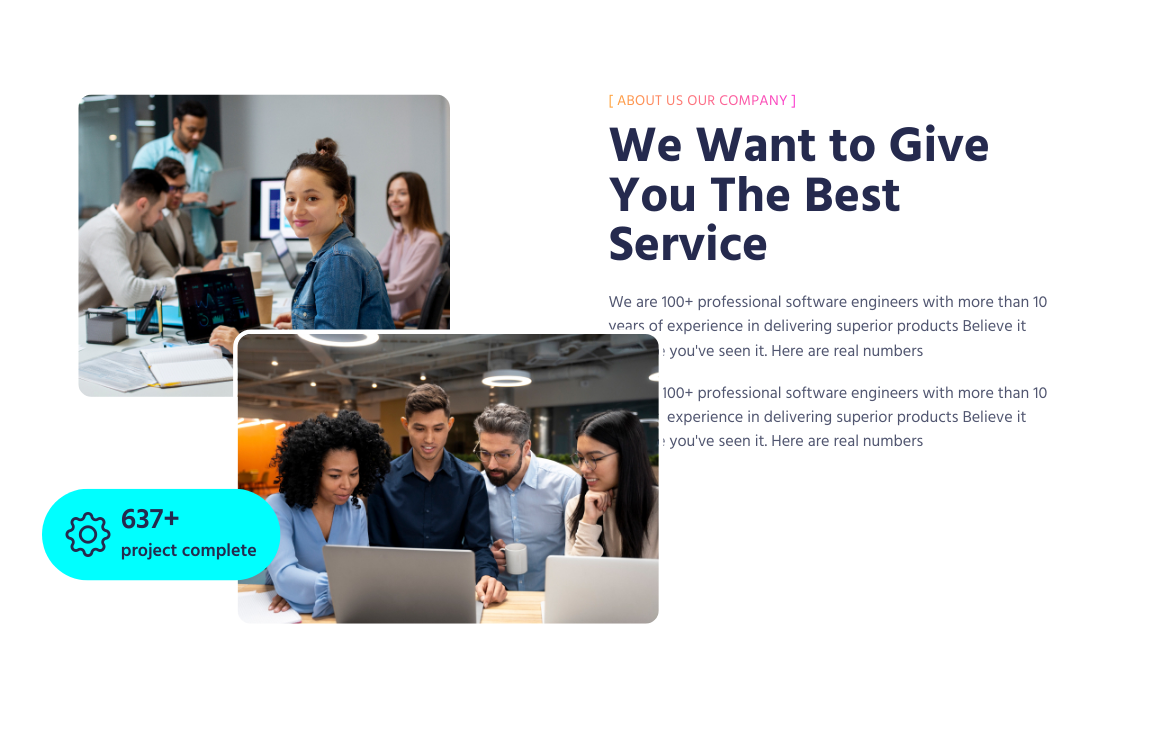
Repository: tagnam/mirehel2.0
Page: about.html
The author's editor kept a copy of each file at every save. The page is drawn from the files as they stood at one save, then again after the next save.
The browser window is 1280 px wide. The pictures show the whole page, at 90% of full size.

Above is the page before, as saved 2025-02-03 12:26:17.

### about.html
<!DOCTYPE html>
<html lang="en">
<head>
    <meta charset="UTF-8">
    <meta name="viewport" content="width=device-width, initial-scale=1.0">
    <title>about</title>
    <link href="https://cdn.jsdelivr.net/npm/bootstrap@5.0.2/dist/css/bootstrap.min.css" rel="stylesheet" integrity="sha384-EVSTQN3/azprG1Anm3QDgpJLIm9Nao0Yz1ztcQTwFspd3yD65VohhpuuCOmLASjC" crossorigin="anonymous">
    <link rel="stylesheet" href="style/css/animation.css">
    <link rel="stylesheet" href="style/css/style.css">
    <link rel="stylesheet" href="style/css/animation.css">
</head>
<body>
<!--======================================== about section ==================================== -->


<section>
    <div class="container">
        <div class="row">
            <div class="col-lg-6">
                <div class="about-left">
                    <figure class="about-img-container">
                        <img class="about-img-001 A-image01" src="images/about-img-1.jpg" alt="">
                        <img class="about-img-001 A-image02" src="images/about-img-2.jpg" alt="">
                    </figure>
                    <div class="project-counter">
                        <div class="project-icon">
                            <i class="bi bi-gear"></i>
                        </div>
                        <div class="project-number">
                            <h2>637+</h2>
                            <p> project complete </p>
                        </div>

                    </div>

                </div>
            </div>
            <div class="col-lg-6">
                <div class="container-fluid " style="margin-bottom: 20px;">


                            <h3 class="sub-heading">[ about us our company ]</h3>
                            <h1 class="title">We Want to Give You  The Best Service</h1>


                            <div class="about-text">
                                <p>We are 100+ professional software engineers with more than 10 years of experience in delivering superior products Believe it because you've seen it. Here are real numbers</p>
                                <p>We are 100+ professional software engineers with more than 10 years of experience in delivering superior products Believe it because you've seen it. Here are real numbers</p>


                        </div>
                    </div>
                </div>

            </div>
        </div>
    </div>
</section>

<!--======================================== end about section ==================================== -->












    <script src="https://cdn.jsdelivr.net/npm/bootstrap@5.0.2/dist/js/bootstrap.bundle.min.js" integrity="sha384-MrcW6ZMFYlzcLA8Nl+NtUVF0sA7MsXsP1UyJoMp4YLEuNSfAP+JcXn/tWtIaxVXM" crossorigin="anonymous"></script>
    <script src="https://cdn.jsdelivr.net/npm/@popperjs/core@2.9.2/dist/umd/popper.min.js" integrity="sha384-IQsoLXl5PILFhosVNubq5LC7Qb9DXgDA9i+tQ8Zj3iwWAwPtgFTxbJ8NT4GN1R8p" crossorigin="anonymous"></script>
    <script src="https://cdn.jsdelivr.net/npm/bootstrap@5.0.2/dist/js/bootstrap.min.js" integrity="sha384-cVKIPhGWiC2Al4u+LWgxfKTRIcfu0JTxR+EQDz/bgldoEyl4H0zUF0QKbrJ0EcQF" crossorigin="anonymous"></script>
</body>
</html>

### style/css/animation.css

@keyframes boxmove{
    50% {
        transform: translateX(-20%);
    }
}

### style/css/style.css

@import url('https://fonts.googleapis.com/css2?family=Hind:wght@300;400;500;600;700&family=Inter:ital,opsz,wght@0,14..32,100..900;1,14..32,100..900&family=Open+Sans:ital,wght@0,300..800;1,300..800&family=Oswald:wght@200..700&family=Poppins:ital,wght@0,100;0,200;0,300;0,400;0,500;0,600;0,700;0,800;0,900;1,100;1,200;1,300;1,400;1,500;1,600;1,700;1,800;1,900&family=Raleway:ital,wght@0,100..900;1,100..900&family=Roboto:ital,wght@0,100;0,300;0,400;0,500;0,700;0,900;1,100;1,300;1,400;1,500;1,700;1,900&family=Urbanist:ital,wght@0,100..900;1,100..900&display=swap');
@import url("https://cdn.jsdelivr.net/npm/bootstrap-icons@1.11.3/font/bootstrap-icons.min.css");
*{
    margin: 0;
    padding: 0;
    box-sizing: border-box;
}

:root{
    --primary-color: #252A4E;
    --secondary-color: #a249ed;

}

body{
    font-family: "Hind", serif;

    color:#252A4E;
}

section{
    padding: 100px 0;
}

.row-container{
    margin-top: 50px;
}
.banner-section{
    background-image: url(/images/banner-bg.webp);
    background-size: cover;
    background-position: center;
    /* background-attachment: fixed; */
    /* height: 100vh; */
    position: relative;
    margin: 15px;
    padding: 8px;
}
.section-btn{
    height: 100%;
    display: flex
;
    justify-content: flex-end;
    align-items: flex-end;
}

.title{
    font-size: 55px;
    font-weight: 800;
    line-height: 1;
}

.banner-img{
    position: relative;
    bottom: -89px;
}
.banner-content{
    margin-top: 100px;
    padding-right: 100px;
}

.banner-title{
    font-size: 70px;
    font-weight: 800;
    line-height: 1;
}

.banner-text{
    font-size: 20px;
    font-weight: 400;
    line-height: 1.5;
    margin-top: 20px;
    color:#515670;
}

.banner-title span{
    color: var(--secondary-color);
}
.sub-heading{
    position: relative;
    display: inline-block;
    font-size: 16px;
    letter-spacing: 0.32px;
    line-height: 26px;
    font-weight: 400;
    font-family: var(--galada);
    text-transform: uppercase;
    background: linear-gradient(90deg, #FFA835 -3.85%, #FA3DCC 97.3%, #FA3AD0 100%);
    background-clip: text;
    -webkit-background-clip: text;
    -webkit-text-fill-color: transparent;

    margin-bottom: 12px;
}




.banner-icon{
    width: 100%;
    background: linear-gradient(90deg, #9255CE -2.17%, #BE60FF 100%);
    box-shadow: 0px 0px 20px 0px rgba(0, 0, 0, 0.08);
    border-radius: 30px 45px 30px 30px;
    position: relative;
    padding: 20px;
    top: 28px;
    right: -13px;
}

.banner-icon h2{
    font-size: 45px;
    font-weight: 800;
    /* line-height: 1.5; */
    color: #fff;
    /* margin-bottom: 20px; */
    text-align: start;
    margin: unset;
    line-height: 38px;
    padding: 10px;
}

.banner-icon h4{
    font-size: 27px;
    font-weight: 600;
    line-height: 1.5;
    color: #fff;
    /* margin-top: 20px; */
    text-align: start;
    text-transform: uppercase;
}


.marquee-content{
    background: linear-gradient(90deg, #70DBFF 0%, #DD98FF 100%);
    border-radius: 0 0 35px 30px;
    overflow: hidden;
    padding: 23px 45px;
    width: 100%;
    position: absolute;
    left: 9px;
    bottom: -12px;
    display: flex;
    justify-content: space-between;
    align-items: center;
}


/* <!--===================================== about section end ========================================--> */
.about-right-container{
    padding-left: 50px;
}
.about-text p{
    font-size: 18px;
    line-height: 1.5;
    color: #515670;
    margin-top: 20px;
}

.about-img{
    position: relative;
    transform: translate(30px, 30px);
    width: 100%;
}

.about-figure{
    position: relative;
  background-color: aqua;
  padding: 20px;
}


.about-list{

    list-style: none;
    padding: unset;
}

.about-list li{
    display: flex;
    align-items: center;
    margin-bottom: 20px;
    justify-content: space-between;
}

.about-icon{

    display: flex;
    justify-content: center;
    align-items: center;
    background-color:var(--secondary-color);
    width: 78px;
    height: 84px;
    background: linear-gradient(90deg, #5A1CCB -2.17%, #815EDC 100%);
    border-radius: 50px 6px 6px 6px;
}

.about-icon .bi{
    font-size: 45px;
    color: #fff;
    display: flex;
    justify-content: center;
    align-items: center;
}


.about-list-title{
    font-size: 27px;
    line-height: 1.16;
    margin-bottom: 4px;
    font-weight: 600;
}

.about-list-text p{
    font-size: 16px;
    line-height: 1.5;
    color: #515670;
    margin: unset;
}
/* <!--===================================== about section end ========================================--> */




/* <!--===================================== service section start ========================================--> */

.service-index {
    width: 100%;
    display: flex;
    justify-content: center;
    align-items: center;
}

.service-index h2{
    position: relative;
    display: inline-block;

    letter-spacing: 0.32px;
margin: unset;
    font-weight: 600;
    font-family: var(--galada);
    text-transform: uppercase;
    background: linear-gradient(90deg, #FFA835 -3.85%, #FA3DCC 97.3%, #FA3AD0 100%);
    background-clip: text;
    -webkit-background-clip: text;
    -webkit-text-fill-color: transparent;

}

.service-title h3{
    font-size: 40px;
    font-weight: 800;
    line-height: 1;
    color: #252A4E;
    margin-bottom: 20px;
}

.service-row{
    border-bottom: 2px solid red;
    margin-bottom: 30px;
}

.service-icon{
    display: flex;
    justify-content: center;
}

.service-icon .bi{
    font-size: 45px;
    color:red;
    display: flex;
    justify-content: center;
    align-items: center;
}
/* <!--===================================== service section end ========================================--> */




/* <!--===================================== project section start========================================--> */




/* <!--===================================== project section start========================================--> */





/* <!--===================================== testimonial section start========================================--> */


.testimonial-card{
    background: linear-gradient(90deg, #70DBFF 0%, #DD98FF 100%);
    padding: 0px 20px;
    border-radius: 20px;
}


.testimonial-img{
    height: 58px;
    width: 58px;
    background: red;
    border-radius: 64%;
    border: 2px solid;
}

.testimonial-top{
    padding-bottom: 20px;
    border-bottom: 1px solid #fff;

}


.testimonial-bottom h2{
    font-size: 65px;
    font-weight: 600;
    line-height: 1.5;
    color: #fff;
    margin-top: 20px;
    text-align: start;
    text-transform: uppercase;
}

.testimonial-bottom p{
    font-size: 20px;
    line-height: 1.5;
    color: #fff;
    margin: unset;
}

  .testimonial .testimonial-content {
    margin: 10px 10px 0;
    /* background: #efefef; */
    padding: 0px 60px;
    position: relative;
    border: none;
    border-radius: 8px;
    font-style: italic;
    font-size: 25px;
    border: 2px solid;
    border-radius: 20px;
  }

  .testimonial .testimonial-content:before,
  .testimonial .testimonial-content:after {
    content: "\201C";
    position: absolute;
    font-size: 80px;
    line-height: 1;
    color: #757f9a;
    font-style: normal;
  }

  .testimonial .testimonial-content:before {
    top: 0;
    left: 10px;
  }

  .testimonial .testimonial-content:after {
    content: "\201D";
    right: 10px;
    bottom: -0.5em;
  }

.testimonial-start{
    display: flex    ;
        justify-content: left;
        align-items: center;
        margin: 20px 0px;
}

.testimonial-start .bi{
    margin: 0px 5px;
    font-size: 20px;
}
/* <!--===================================== testimonial section start========================================--> */

/* <!--===================================== project section start========================================--> */
.project-img{
    height: 550px;
}

.project-card .project-img {
    transition: 1ms ease-in-out;
}

.project-card:hover .project-img{
    transform: scaleX(1) scaleY(1) scaleZ(0.1) rotateX(15deg) rotateY(0deg) rotateZ(0deg) translateX(0px) translateY(0px) translateZ(0px) skewX(0deg) skewY(0deg);
}

.project-content{
    margin-top: -100px;
    z-index: 1;
}
/* <!--===================================== project section end========================================--> */



/* <!--===================================== choice section start========================================--> */

.choice-container{
    position: relative;
    padding: 10px;
    background-color: transparent;
height: 400px;
border: 15px solid transparent;
  /* border-image:linear-gradient(180deg, red 0%, #00000000 90.04%); */
  /* border-image:linear-gradient(180deg, #00000000  0%, red 90.04%); */
  border-image-slice: 1;
border-radius: 20px;
background: linear-gradient(white, white) padding-box,
linear-gradient(180deg, red 0%, #00000000 90.04%) border-box;
}

/* <!--===================================== choice section end========================================--> */


















/* ----------------------------new about  */

.about-img-container{
    position: relative;
}
.about-img-001{
    border-radius: 20px;
    border: 5px solid #fff;
}

.A-image01{

}

.A-image02{
    margin-top: -80px;
    margin-left: 177px;
}

.project-counter{
    width: 265px;
    background-color: aqua;
    display: flex;
    justify-content: space-evenly;
    border-radius: 100px 100px 100px 100px;
    align-items: center;
    padding: 17px 15px;
    position: absolute;
    bottom: 75px;
    background-size: cover;
    background-position: center center;
    transition: all .4s ease;
    animation: boxmove 3s infinite linear alternate;

}

.project-counter:hover{
    background-color: #fff;
}

.project-icon .bi{
    display: flex;
    font-size: 50px;
}

.project-number h2{
    margin: unset;
    font-weight: 600;
}

.project-number p{
    margin: unset;
    font-weight: 600;
    font-size: 20px;

}

After the next save:
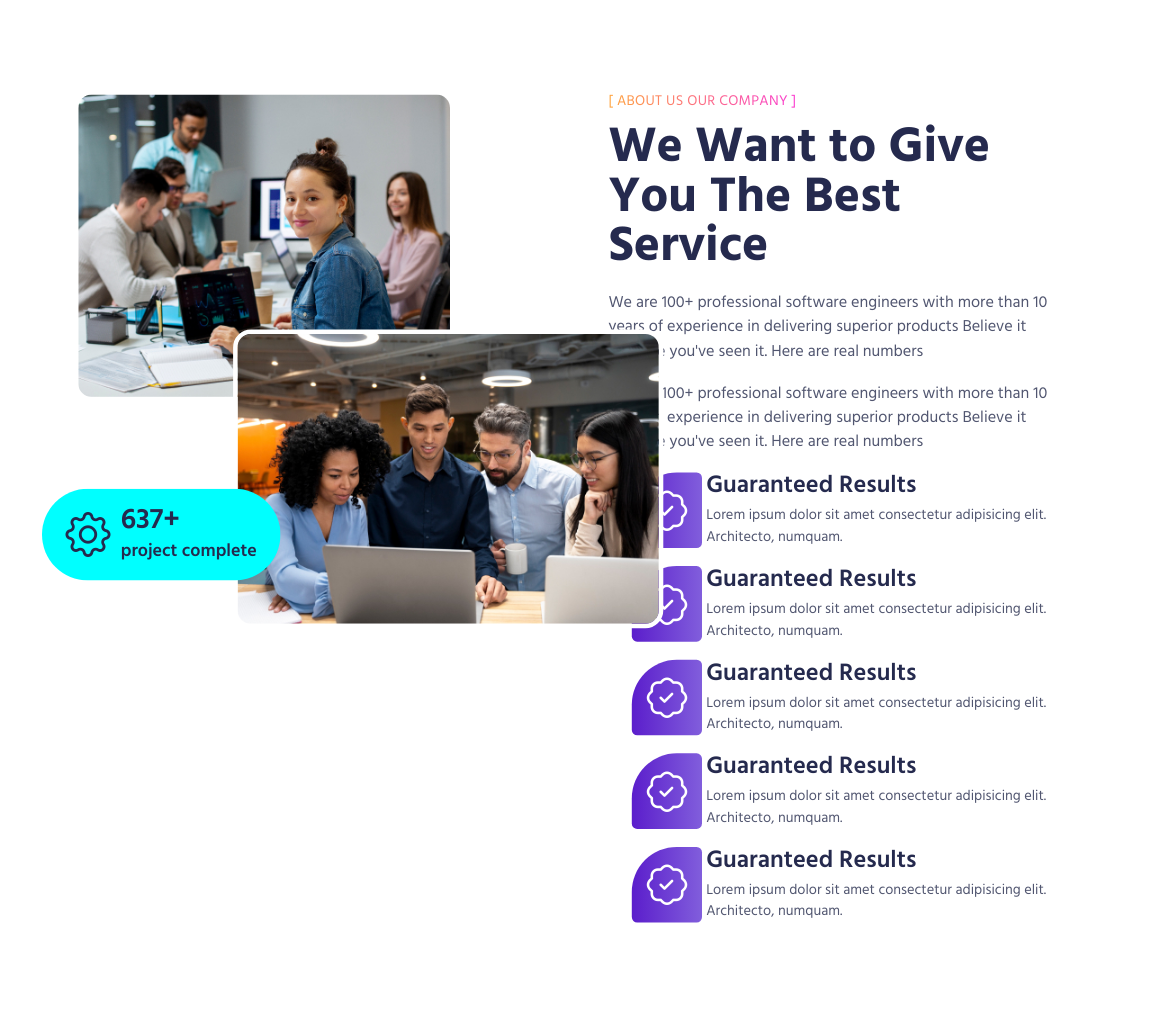
Saved 5 s later.
--- a/about.html
+++ b/about.html
@@ -50,6 +50,46 @@
 
                         </div>
                     </div>
+                    <div class="about-right-container">
+                        <ul class="about-list">
+                            <li class="about-list-item">
+                                <div class="col-lg-2 about-icon"><i class="bi bi-patch-check"></i></div>
+                                <div class="col-lg-10">
+                                    <div class="about-list-title"> Guaranteed Results</div>
+                                    <div class="about-list-text"><p>Lorem ipsum dolor sit amet consectetur adipisicing elit. Architecto, numquam.</p></div>
+                                </div>
+                            </li>
+
+                            <li class="about-list-item">
+                                <div class="col-lg-2 about-icon"><i class="bi bi-patch-check"></i></div>
+                                <div class="col-lg-10">
+                                    <div class="about-list-title">Guaranteed Results</div>
+                                    <div class="about-list-text"><p>Lorem ipsum dolor sit amet consectetur adipisicing elit. Architecto, numquam.</p></div>
+                                </div>
+                            </li>
+                            <li class="about-list-item">
+                                <div class="col-lg-2 about-icon"><i class="bi bi-patch-check"></i></div>
+                                <div class="col-lg-10">
+                                    <div class="about-list-title">Guaranteed Results</div>
+                                    <div class="about-list-text"><p>Lorem ipsum dolor sit amet consectetur adipisicing elit. Architecto, numquam.</p></div>
+                                </div>
+                            </li>
+                            <li class="about-list-item">
+                                <div class="col-lg-2 about-icon"><i class="bi bi-patch-check"></i></div>
+                                <div class="col-lg-10">
+                                    <div class="about-list-title">Guaranteed Results</div>
+                                    <div class="about-list-text"><p>Lorem ipsum dolor sit amet consectetur adipisicing elit. Architecto, numquam.</p></div>
+                                </div>
+                            </li>
+                            <li class="about-list-item">
+                                <div class="col-lg-2 about-icon"><i class="bi bi-patch-check"></i></div>
+                                <div class="col-lg-10">
+                                    <div class="about-list-title">Guaranteed Results</div>
+                                    <div class="about-list-text"><p>Lorem ipsum dolor sit amet consectetur adipisicing elit. Architecto, numquam.</p></div>
+                                </div>
+                            </li>
+                        </ul>
+                </div>
                 </div>
 
             </div>
